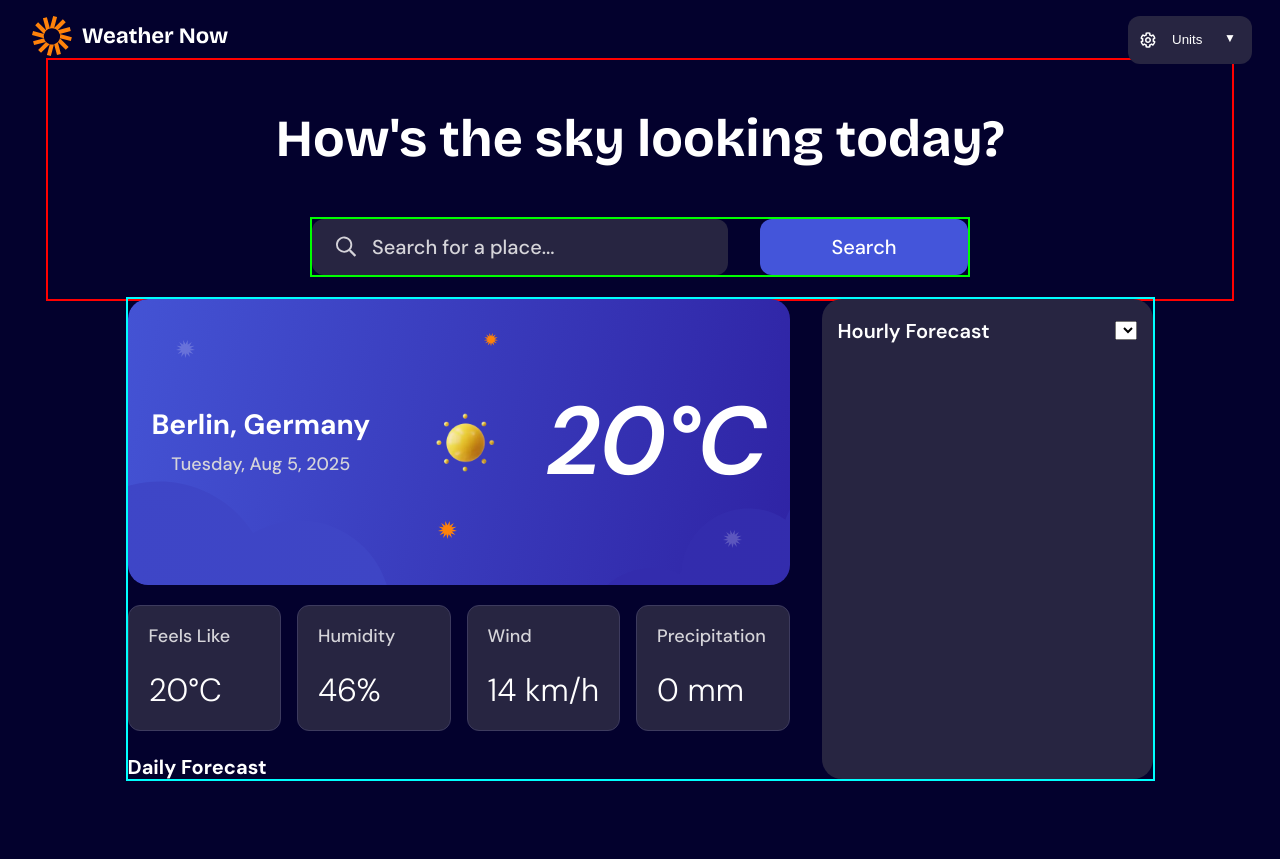
Repository: MKwaak/weather-app-main
Page: index.html
These files come from the project's save history. The page is drawn as it stood at one moment and after the next save; the edit follows.
The browser window is 1280 px wide. The pictures show the whole page.
The page's requests for data from a server got no answer.

Above is the page before, as saved 2026-01-27 00:56:40.

After the next save:
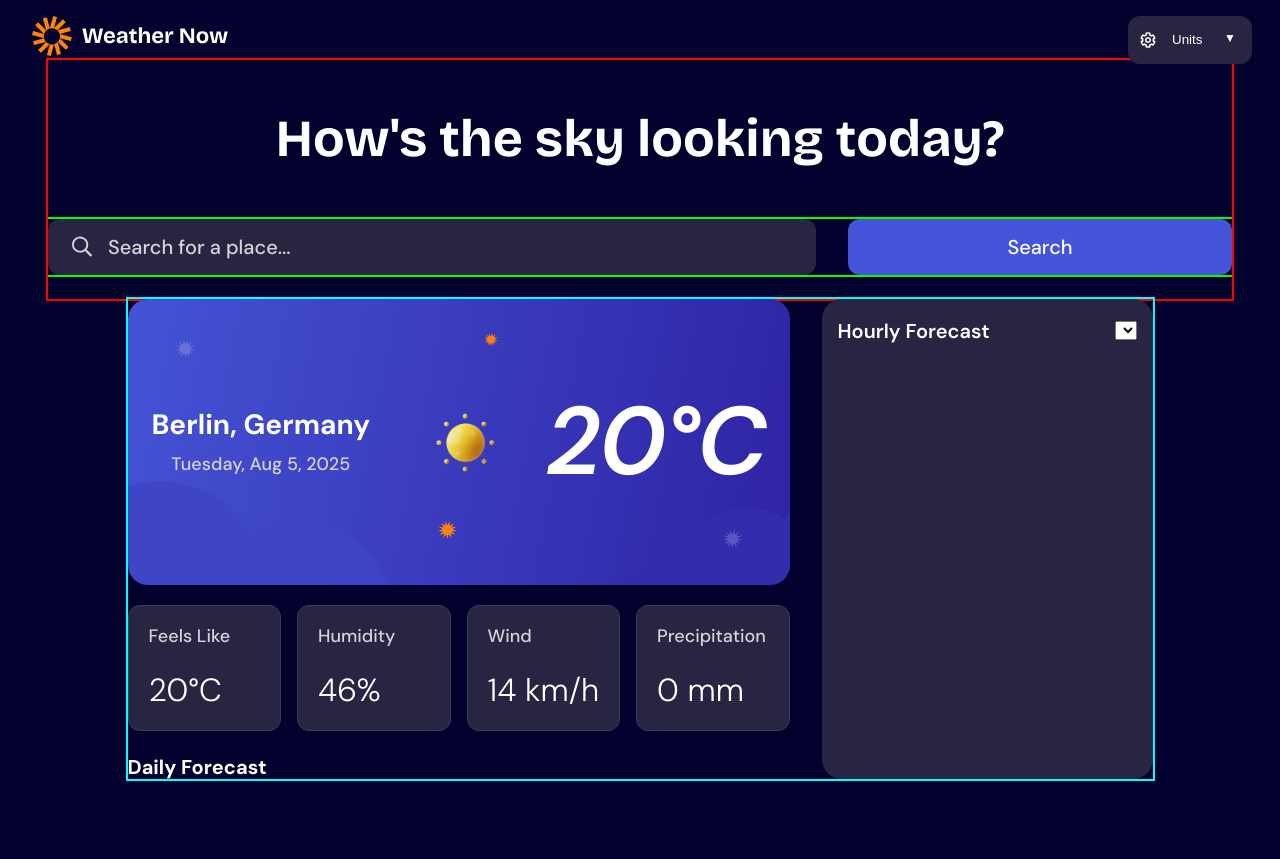
Saved 4 min 3 s later.
--- a/style.css
+++ b/style.css
@@ -625,11 +625,6 @@
   }
 }
 
-/* Hero search tweaks */
-.hero__search {
-  max-width: calc(656 / 16 * 1rem);
-  margin: 0 auto 24px auto; /* center horizontally + gap below */
-}
 .hero__content {
   outline: 2px solid red !important;
 }
